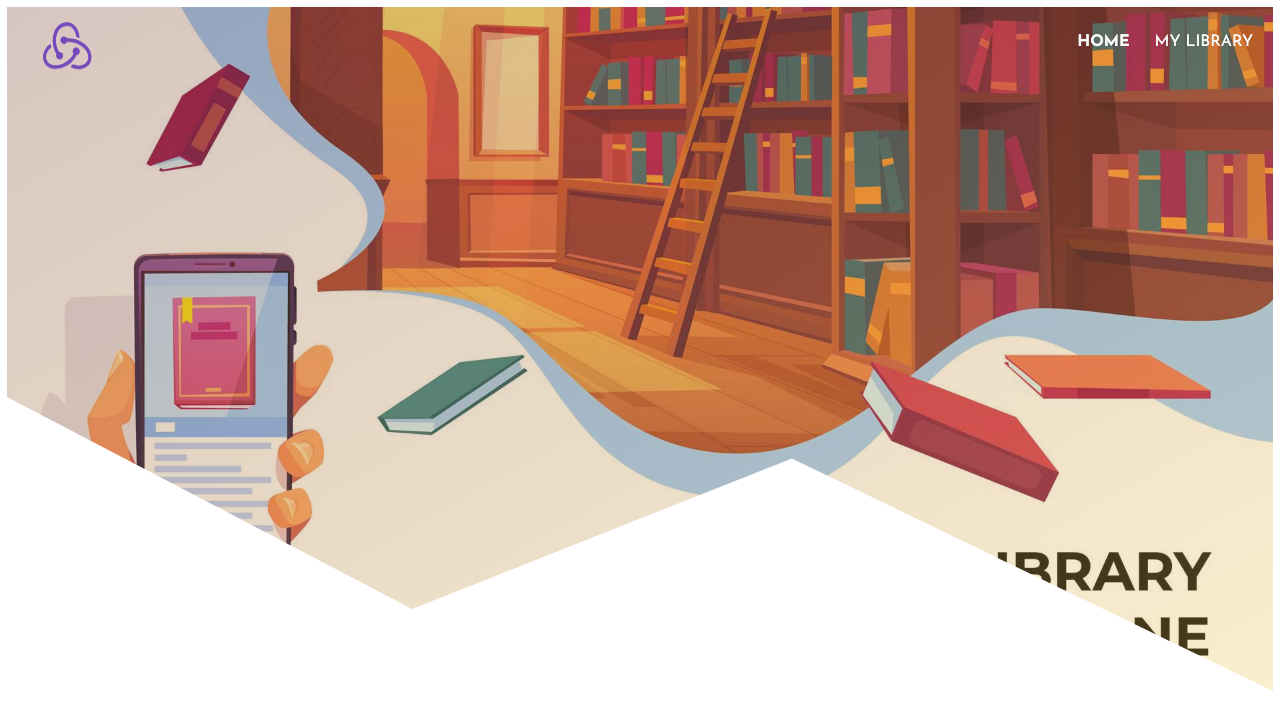
Repository: Kol124/react-book-library
Page: /
The author's editor kept a copy of each file at every save. The page is drawn from the files as they stood at one save, then again after the next save.
The browser window is 1280 px wide. The pictures show the whole page.
The project was rebuilt for these pictures with package versions that can differ from the ones it lists, and the page was loaded fresh each time. Also part of the build but not shown: src/components/BookCard.js, src/components/Library.js.

Above is the page before, as saved 2021-07-15 17:06:10.

### public/index.html
<!DOCTYPE html>
<html lang="en">
  <head>
    <meta charset="utf-8" />
    <link rel="icon" href="%PUBLIC_URL%/favicon.ico" />
    <meta name="viewport" content="width=device-width, initial-scale=1" />
    <meta name="theme-color" content="#000000" />
    <meta
      name="description"
      content="Web site created using create-react-app"
    />
    <link rel="apple-touch-icon" href="%PUBLIC_URL%/logo192.png" />
    <!--
      manifest.json provides metadata used when your web app is installed on a
      user's mobile device or desktop. See https://developers.google.com/web/fundamentals/web-app-manifest/
    -->
    <link rel="manifest" href="%PUBLIC_URL%/manifest.json" />
    <!--
      Notice the use of %PUBLIC_URL% in the tags above.
      It will be replaced with the URL of the `public` folder during the build.
      Only files inside the `public` folder can be referenced from the HTML.

      Unlike "/favicon.ico" or "favicon.ico", "%PUBLIC_URL%/favicon.ico" will
      work correctly both with client-side routing and a non-root public URL.
      Learn how to configure a non-root public URL by running `npm run build`.
    -->
    <link rel="stylesheet" href="all.min.css" />
    <title>React Redux App</title>
  </head>
  <body>
    <noscript>You need to enable JavaScript to run this app.</noscript>
    <div id="root"></div>
    <!--
      This HTML file is a template.
      If you open it directly in the browser, you will see an empty page.

      You can add webfonts, meta tags, or analytics to this file.
      The build step will place the bundled scripts into the <body> tag.

      To begin the development, run `npm start` or `yarn start`.
      To create a production bundle, use `npm run build` or `yarn build`.
    -->
  </body>
</html>

### src/index.css
@import url(fonts.css);

*,
*::before,
*::after {
  margin: 0;
  padding: 0;
  box-sizing: inherit;
}

html {
  scroll-behavior: smooth;
  box-sizing: border-box;
  font-size: 62.5%;
}

@media only screen and (max-width: 1024px) {
  html {
    font-size: 55.25%;
  }
}

@media only screen and (max-width: 480px) {
  html {
    font-size: 48%;
  }
}

body {
  font-family: Josefin Slab, "Lucida Sans", cursive;
  margin: 0.7rem;
}

a {
  color: #f9f9f9;
  text-decoration: none;
}

h1,
h2,
h3,
h4,
h5,
h6 {
  font-family: Josefin Sans, sans-serif;
}

p {
  color: #5f4e40;
}

.App-logo {
  height: 8.5vmin;
  pointer-events: none;
}

@media (prefers-reduced-motion: no-preference) {
  .App-logo {
    animation: App-logo-float infinite 3s ease-in-out;
  }
}

@keyframes App-logo-float {
  0% {
    transform: translateY(0);
  }
  50% {
    transform: translateY(5px);
  }
  100% {
    transform: translateY(0px);
  }
}

### src/App.js
import React from "react";
import Nav from "./components/Nav";
import Home from "./components/Home";
import Header from "./components/Header";
import Library from "./components/Library";
import { BrowserRouter as Router, Switch, Route } from "react-router-dom";

function App() {
  return (
    <Router>
      <Nav />
      <Header />
      <Switch>
        <Route exact path="/">
          <Home />
        </Route>
        <Route exact path="/Library">
          <Library />
        </Route>
      </Switch>
    </Router>
  );
}

export default App;

### src/fonts.css
/* josefin-sans-300 - latin */
@font-face {
  font-family: "Josefin Sans";
  font-style: normal;
  font-weight: 300;
  src: url("./fonts/josefin-sans-v17-latin-300.eot"); /* IE9 Compat Modes */
  src: local(""),
    url("./fonts/josefin-sans-v17-latin-300.eot?#iefix")
      format("embedded-opentype"),
    /* IE6-IE8 */ url("./fonts/josefin-sans-v17-latin-300.woff2")
      format("woff2"),
    /* Super Modern Browsers */ url("./fonts/josefin-sans-v17-latin-300.woff")
      format("woff"),
    /* Modern Browsers */ url("./fonts/josefin-sans-v17-latin-300.ttf")
      format("truetype"),
    /* Safari, Android, iOS */
      url("./fonts/josefin-sans-v17-latin-300.svg#JosefinSans") format("svg"); /* Legacy iOS */
}
/* josefin-sans-regular - latin */
@font-face {
  font-family: "Josefin Sans";
  font-style: normal;
  font-weight: 400;
  src: url("./fonts/josefin-sans-v17-latin-regular.eot"); /* IE9 Compat Modes */
  src: local(""),
    url("./fonts/josefin-sans-v17-latin-regular.eot?#iefix")
      format("embedded-opentype"),
    /* IE6-IE8 */ url("./fonts/josefin-sans-v17-latin-regular.woff2")
      format("woff2"),
    /* Super Modern Browsers */
      url("./fonts/josefin-sans-v17-latin-regular.woff") format("woff"),
    /* Modern Browsers */ url("./fonts/josefin-sans-v17-latin-regular.ttf")
      format("truetype"),
    /* Safari, Android, iOS */
      url("./fonts/josefin-sans-v17-latin-regular.svg#JosefinSans")
      format("svg"); /* Legacy iOS */
}
/* josefin-sans-600 - latin */
@font-face {
  font-family: "Josefin Sans";
  font-style: normal;
  font-weight: 600;
  src: url("./fonts/josefin-sans-v17-latin-600.eot"); /* IE9 Compat Modes */
  src: local(""),
    url("./fonts/josefin-sans-v17-latin-600.eot?#iefix")
      format("embedded-opentype"),
    /* IE6-IE8 */ url("./fonts/josefin-sans-v17-latin-600.woff2")
      format("woff2"),
    /* Super Modern Browsers */ url("./fonts/josefin-sans-v17-latin-600.woff")
      format("woff"),
    /* Modern Browsers */ url("./fonts/josefin-sans-v17-latin-600.ttf")
      format("truetype"),
    /* Safari, Android, iOS */
      url("./fonts/josefin-sans-v17-latin-600.svg#JosefinSans") format("svg"); /* Legacy iOS */
}
/* josefin-sans-700 - latin */
@font-face {
  font-family: "Josefin Sans";
  font-style: normal;
  font-weight: 700;
  src: url("./fonts/josefin-sans-v17-latin-700.eot"); /* IE9 Compat Modes */
  src: local(""),
    url("./fonts/josefin-sans-v17-latin-700.eot?#iefix")
      format("embedded-opentype"),
    /* IE6-IE8 */ url("./fonts/josefin-sans-v17-latin-700.woff2")
      format("woff2"),
    /* Super Modern Browsers */ url("./fonts/josefin-sans-v17-latin-700.woff")
      format("woff"),
    /* Modern Browsers */ url("./fonts/josefin-sans-v17-latin-700.ttf")
      format("truetype"),
    /* Safari, Android, iOS */
      url("./fonts/josefin-sans-v17-latin-700.svg#JosefinSans") format("svg"); /* Legacy iOS */
}

/* josefin-slab-300 - latin */
@font-face {
  font-family: "Josefin Slab";
  font-style: normal;
  font-weight: 300;
  src: url("./fonts/josefin-slab-v13-latin-300.eot"); /* IE9 Compat Modes */
  src: local(""),
    url("./fonts/josefin-slab-v13-latin-300.eot?#iefix")
      format("embedded-opentype"),
    /* IE6-IE8 */ url("./fonts/josefin-slab-v13-latin-300.woff2")
      format("woff2"),
    /* Super Modern Browsers */ url("./fonts/josefin-slab-v13-latin-300.woff")
      format("woff"),
    /* Modern Browsers */ url("./fonts/josefin-slab-v13-latin-300.ttf")
      format("truetype"),
    /* Safari, Android, iOS */
      url("./fonts/josefin-slab-v13-latin-300.svg#JosefinSlab") format("svg"); /* Legacy iOS */
}
/* josefin-slab-regular - latin */
@font-face {
  font-family: "Josefin Slab";
  font-style: normal;
  font-weight: 400;
  src: url("./fonts/josefin-slab-v13-latin-regular.eot"); /* IE9 Compat Modes */
  src: local(""),
    url("./fonts/josefin-slab-v13-latin-regular.eot?#iefix")
      format("embedded-opentype"),
    /* IE6-IE8 */ url("./fonts/josefin-slab-v13-latin-regular.woff2")
      format("woff2"),
    /* Super Modern Browsers */
      url("./fonts/josefin-slab-v13-latin-regular.woff") format("woff"),
    /* Modern Browsers */ url("./fonts/josefin-slab-v13-latin-regular.ttf")
      format("truetype"),
    /* Safari, Android, iOS */
      url("./fonts/josefin-slab-v13-latin-regular.svg#JosefinSlab")
      format("svg"); /* Legacy iOS */
}
/* josefin-slab-600 - latin */
@font-face {
  font-family: "Josefin Slab";
  font-style: normal;
  font-weight: 600;
  src: url("./fonts/josefin-slab-v13-latin-600.eot"); /* IE9 Compat Modes */
  src: local(""),
    url("./fonts/josefin-slab-v13-latin-600.eot?#iefix")
      format("embedded-opentype"),
    /* IE6-IE8 */ url("./fonts/josefin-slab-v13-latin-600.woff2")
      format("woff2"),
    /* Super Modern Browsers */ url("./fonts/josefin-slab-v13-latin-600.woff")
      format("woff"),
    /* Modern Browsers */ url("./fonts/josefin-slab-v13-latin-600.ttf")
      format("truetype"),
    /* Safari, Android, iOS */
      url("./fonts/josefin-slab-v13-latin-600.svg#JosefinSlab") format("svg"); /* Legacy iOS */
}
/* josefin-slab-700 - latin */
@font-face {
  font-family: "Josefin Slab";
  font-style: normal;
  font-weight: 700;
  src: url("./fonts/josefin-slab-v13-latin-700.eot"); /* IE9 Compat Modes */
  src: local(""),
    url("./fonts/josefin-slab-v13-latin-700.eot?#iefix")
      format("embedded-opentype"),
    /* IE6-IE8 */ url("./fonts/josefin-slab-v13-latin-700.woff2")
      format("woff2"),
    /* Super Modern Browsers */ url("./fonts/josefin-slab-v13-latin-700.woff")
      format("woff"),
    /* Modern Browsers */ url("./fonts/josefin-slab-v13-latin-700.ttf")
      format("truetype"),
    /* Safari, Android, iOS */
      url("./fonts/josefin-slab-v13-latin-700.svg#JosefinSlab") format("svg"); /* Legacy iOS */
}

### src/components/Nav.js
import React from "react";
import logo from "../logo.svg";
import styled from "styled-components";
import { Link as ReactRouterDomLink, useLocation } from "react-router-dom";

const Nav = () => {
  const { pathname } = useLocation();

  return (
    <Navigation>
      <Logo>
        <img src={logo} className="App-logo" alt="logo" />
      </Logo>

      <NavMenu>
        <li>
          <StyledLink to="/" isActive={pathname === "/"}>
            <span>Home</span>
          </StyledLink>
        </li>

        <li>
          <StyledLink to="/Library" isActive={pathname === "/Library"}>
            <span>My Library</span>
          </StyledLink>
        </li>
      </NavMenu>
    </Navigation>
  );
};

const Link = ({ isActive, children, ...props }) => {
  return <ReactRouterDomLink {...props}>{children}</ReactRouterDomLink>;
};

const Navigation = styled.nav`
  top: 0.7rem;
  right: 0.7rem;
  display: flex;
  margin: 0 auto;
  font-size: 1.6rem;
  position: absolute;
  font-family: Josefin Sans, sans-serif;
  justify-content: space-between;
  align-items: center;
  max-width: 130rem;
  padding: 0 2rem;
  height: 7rem;
  left: 0.7rem;
  z-index: 3;
`;

const Logo = styled.a`
  padding: 0;
  width: 80px;
  font-size: 0;
  margin-top: 4px;
  max-height: 70px;
  display: inline-block;

  img {
    display: block;
    width: 100%;
  }
`;

const NavMenu = styled.div`
  text-transform: uppercase;
  list-style-type: none;
  position: relative;
  padding: 0px;
  margin: 0px;
  height: 100%;
  display: flex;
  align-items: center;
  flex-flow: row nowrap;
  justify-content: flex-end;

  li:first-of-type {
    margin-right: 2.5rem;
  }
`;

const StyledLink = styled(Link)`
  span {
    color: #f9f9f9;
    cursor: pointer;
    position: relative;
    text-decoration: none;
    font-weight: ${(p) => (p.isActive ? "700" : "500")};

    &:before {
      background-color: rgb(249, 249, 249);
      border-radius: 0px 0px 4px 4px;
      position: absolute;
      bottom: -6px;
      content: "";
      height: 2px;
      opacity: 0;
      left: 0px;
      right: 0px;
      width: auto;
      visibility: hidden;
      transform: scaleX(0);
      transform-origin: left center;
      transition: all 250ms cubic-bezier(0.25, 0.46, 0.45, 0.94) 0s;
    }
  }

  &:hover {
    span:before {
      transform: scaleX(1);
      visibility: visible;
      opacity: 1 !important;
    }
  }
`;

export default Nav;

### src/components/Home.js
import React, { useState } from "react";
// import Header from "./Header";
import BookCard from "./BookCard";
import styled from "styled-components";
import axios from "axios";

export default function Home() {
  const [query, setQuery] = useState("");
  const [results, setResults] = useState([]);

  const HandleChange = (e) => {
    e.preventDefault();
    setQuery(e.target.value);

    axios
      .get(` https://www.googleapis.com/books/v1/volumes?q=${query}`)
      .then((res) => {
        setResults(res.data.items);
        console.log(results);
      });
  };

  return (
    <>
      {/* <Header /> */}
      {/* <HeroContent>
        <Heading>Google Books</Heading>
        <Search
          type="text"
          placeholder="Search for Book"
          onChange={HandleChange}
        />
      </HeroContent> */}
      <Grid>
        {results &&
          results.map((book) => <BookCard key={book.id} book={book} />)}
      </Grid>
    </>
  );
}

const HeroContent = styled.div`
  position: absolute;
  width: 55%;
  top: 40%;
  left: 50%;
  margin: 0 auto;
  transform: translate(-50%, -50%);
`;

const Heading = styled.h1`
  font-size: 6.5rem;
  color: #f9f9f9;
  text-align: center;
  margin-bottom: 1.5rem;
`;

const Search = styled.input`
  font-family: "Josefin Sans", cursive;
  margin: 0 auto 1rem auto;
  height: 5.5rem;
  border: none;
  color: #ccc;
  width: 100%;
  outline: none;
  font-size: 2rem;
  border-radius: 3rem;
  padding: 1.5rem 1rem 1rem 2rem;
  box-shadow: 0 10px 20px rgba(0, 0, 0, 0.3);
`;

const Grid = styled.main`
  grid-template-columns: repeat(2, 1fr);
  margin: -15rem auto 5rem auto;
  grid-gap: 2rem;
  display: grid;
  max-width: 114rem;

  @media only screen and (max-width: 768px) {
    grid-template-columns: 1fr;
  }
`;

### src/components/Header.js
import React from "react";
import Nav from "./Nav";
import styled from "styled-components";

const HeaderBackground = styled.header`
  height: 95vh;
  z-index: -100;
  position: relative;
  background-image: linear-gradient(
      to right bottom,
      rgba(120, 65, 46, 0.3),
      rgb(245, 203, 92, 0.3)
    ),
    url("/images/header-2.jpg");
  background-size: cover;
  background-position: top;
  background-repeat: no-repeat;
  background-attachment: fixed;
  clip-path: polygon(0 0, 100% 0, 100% 100%, 62% 66%, 32% 88%, 0 57%);

  @media only screen and (max-width: 480px) {
    height: 85vh;
  }
`;

const Header = () => {
  return (
    <>
      <Nav />
      <HeaderBackground />
    </>
  );
};

export default Header;

### src/features/counter/counterSlice.js
import { createSlice } from '@reduxjs/toolkit';

export const counterSlice = createSlice({
  name: 'counter',
  initialState: {
    value: 0,
  },
  reducers: {
    increment: state => {
      // Redux Toolkit allows us to write "mutating" logic in reducers. It
      // doesn't actually mutate the state because it uses the Immer library,
      // which detects changes to a "draft state" and produces a brand new
      // immutable state based off those changes
      state.value += 1;
    },
    decrement: state => {
      state.value -= 1;
    },
    incrementByAmount: (state, action) => {
      state.value += action.payload;
    },
  },
});

export const { increment, decrement, incrementByAmount } = counterSlice.actions;

// The function below is called a thunk and allows us to perform async logic. It
// can be dispatched like a regular action: `dispatch(incrementAsync(10))`. This
// will call the thunk with the `dispatch` function as the first argument. Async
// code can then be executed and other actions can be dispatched
export const incrementAsync = amount => dispatch => {
  setTimeout(() => {
    dispatch(incrementByAmount(amount));
  }, 1000);
};

// The function below is called a selector and allows us to select a value from
// the state. Selectors can also be defined inline where they're used instead of
// in the slice file. For example: `useSelector((state) => state.counter.value)`
export const selectCount = state => state.counter.value;

export default counterSlice.reducer;

Loaded but not shown: src/index.js (common file); src/app/store.js (common file); src/serviceWorker.js (common file); public/all.min.css (library)

After the next save:
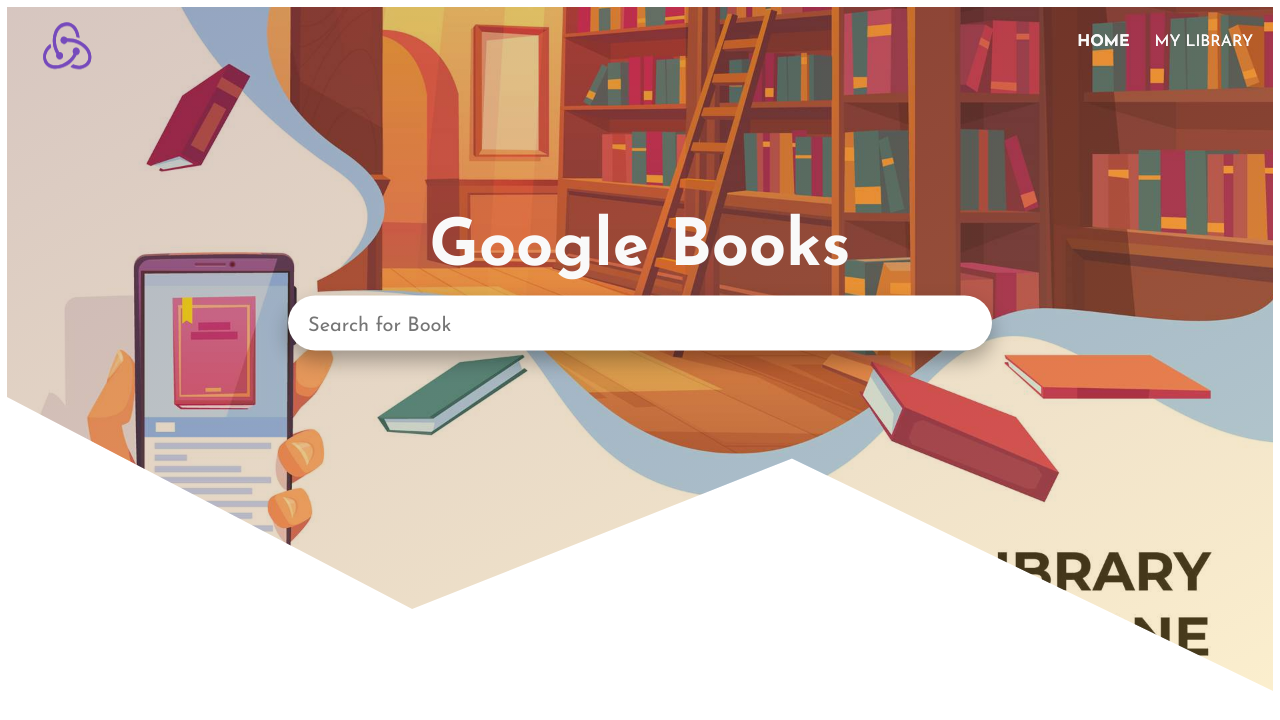
Saved 80 s later.
--- a/src/components/Home.js
+++ b/src/components/Home.js
@@ -23,14 +23,14 @@
   return (
     <>
       {/* <Header /> */}
-      {/* <HeroContent>
+      <HeroContent>
         <Heading>Google Books</Heading>
         <Search
           type="text"
           placeholder="Search for Book"
           onChange={HandleChange}
         />
-      </HeroContent> */}
+      </HeroContent>
       <Grid>
         {results &&
           results.map((book) => <BookCard key={book.id} book={book} />)}
